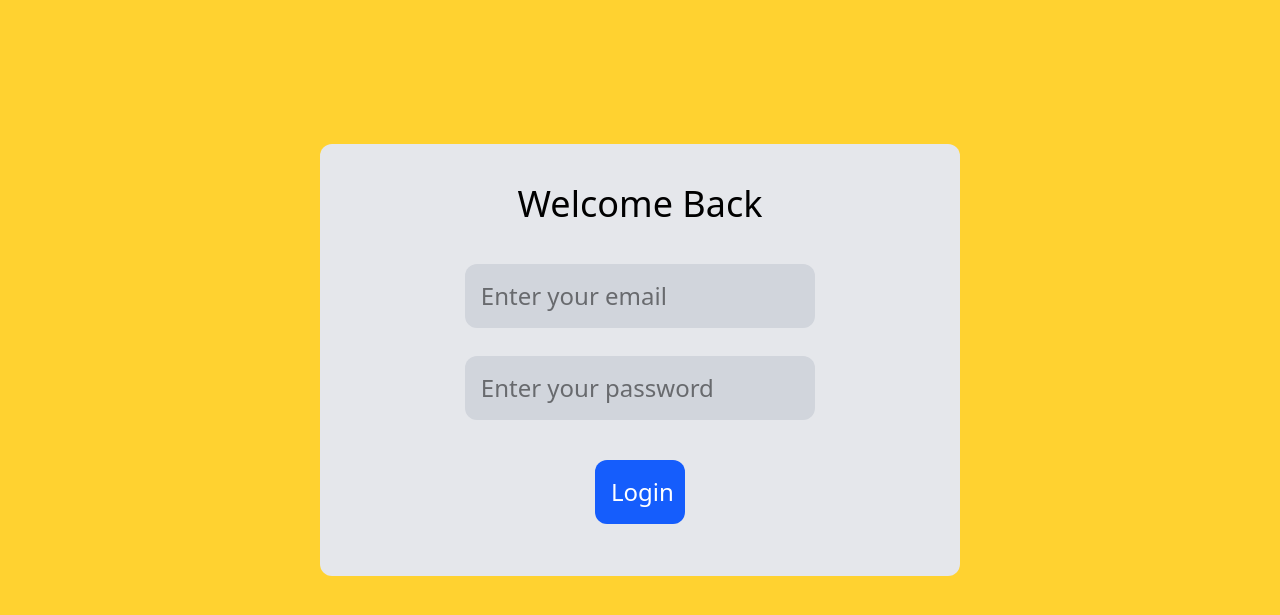
Repository: Habeebur1493/React-App
Page: /
These files come from the project's save history. The page is drawn as it stood at one moment and after the next save; the edit follows.
The browser window is 1280 px wide. The pictures show the whole page.
The page's requests for data from a server got no answer. The project was rebuilt for these pictures with package versions that can differ from the ones it lists, and the page was loaded fresh each time. No one was signed in, and anything a server would have sent is missing. Also part of the build but not shown: vite.config.js, src/Components/Nav.jsx, src/Components/Loading.jsx, src/Components/Home.jsx, src/Components/Details.jsx, src/Components/Addproducts.jsx, src/Components/ShowProducts.jsx.

Above is the page before, as saved 2025-02-05 15:41:12.

After the next save:
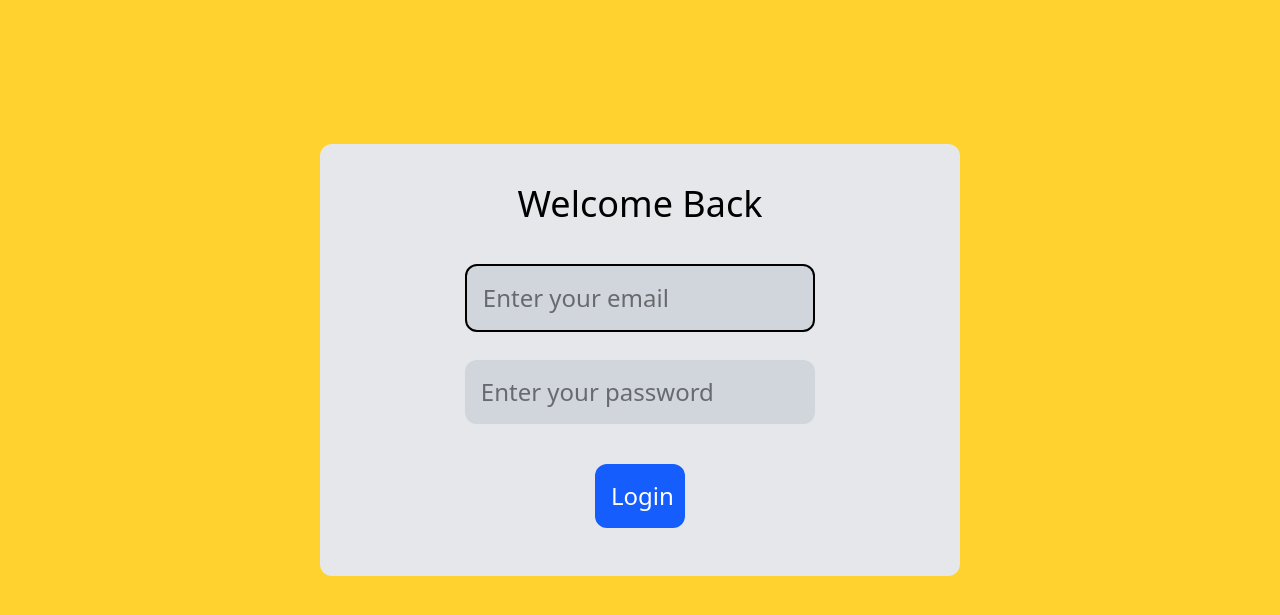
Saved 17 s later.
--- a/src/Components/Login.jsx
+++ b/src/Components/Login.jsx
@@ -46,7 +46,7 @@ const Login = () => {
                 onChange={(e) => setEmail(e.target.value)}
                 type="email"
                 placeholder="Enter your email"
-                className="bg-gray-300 w-[60%] p-4 rounded-xl text-2xl"
+                className="bg-gray-300 w-[60%] border-2 p-4 rounded-xl text-2xl"
               />
             </div>
             <div className="w-full flex justify-center items-center bg- gray-800 p-2 rounded-xl gap-2">
